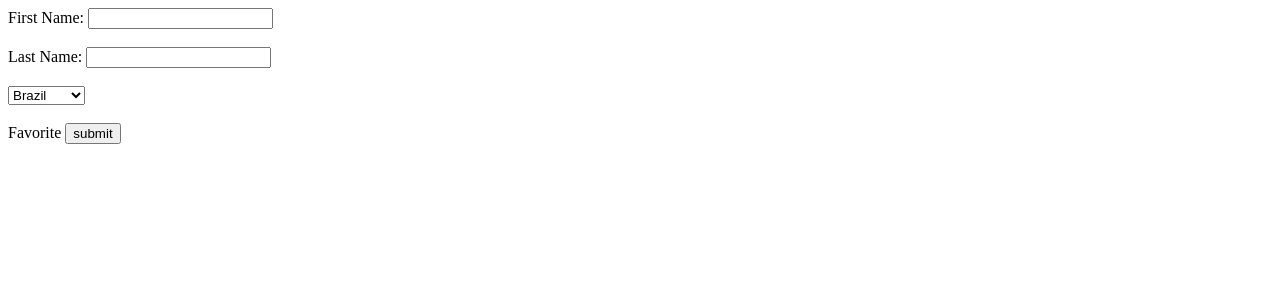
Repository: PNSVN3035/excelr-evening-full-stack
Page: ExcelREvening/Backend/servlets/03-JSPsOnIDE/02-reading-html-data-with-jsp/src/main/webapp/03-student-radio-form.html
An editor plug-in stored every save of this project. The page is shown before and after the next save, followed by the edit.
The browser window is 1280 px wide. The pictures show the whole page.

Above is the page before, as saved 2024-05-17 00:04:48.

After the next save:
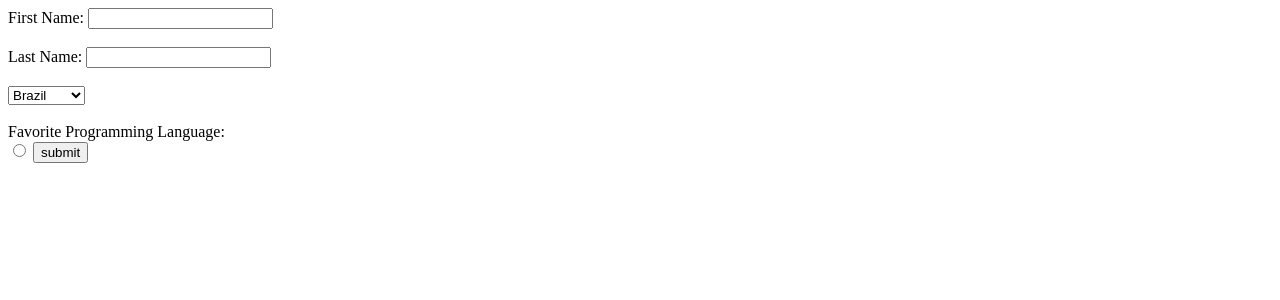
Saved 68 min 1 s later.
--- a/ExcelREvening/Backend/servlets/03-JSPsOnIDE/02-reading-html-data-with-jsp/src/main/webapp/03-student-radio-form.html
+++ b/ExcelREvening/Backend/servlets/03-JSPsOnIDE/02-reading-html-data-with-jsp/src/main/webapp/03-student-radio-form.html
@@ -20,7 +20,8 @@
 				<option>UK</option>
 			</select>
 			<br/><br/>
-			Favorite
+			Favorite Programming Language: <br/>
+			<input type="radio" name="favorite"/>
 			<input type="submit" value="submit"/>
 	</body>
 </html>
